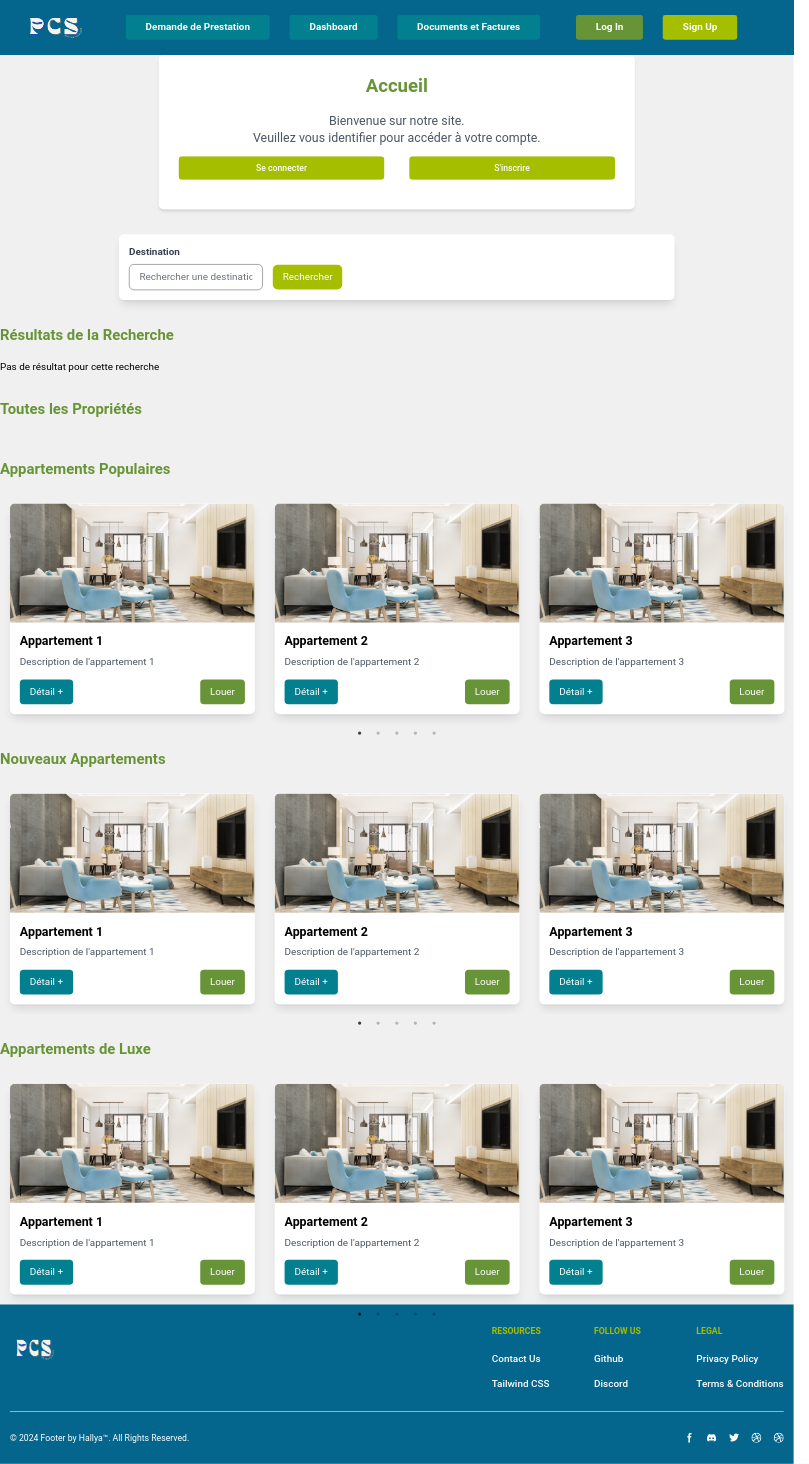
Repository: HATTOUNGBRE/ProjetAnnuel2
Page: /logout (app in FRONT/)
These files come from the project's save history. The page is drawn as it stood at one moment and after the next save; the edit follows.
The browser window is 1280 px wide. The page is 1305 px wide, so the pictures cover 1305 px, including what lies to the right of the window. The pictures show the whole page, at 62% of full size.
The page's requests for data from a server got no answer. The project was rebuilt for these pictures with package versions that can differ from the ones it lists, and the page was loaded fresh each time. No one was signed in, and anything a server would have sent is missing. Also part of the build but not shown: FRONT/vite.config.js, FRONT/src/components/Contact.jsx, FRONT/src/components/CatUser.jsx, FRONT/src/components/Login.jsx, FRONT/src/components/prestataire/PrestataireType.jsx, FRONT/src/components/prestataire/PrestataireDetails.jsx, FRONT/src/components/Account.jsx, FRONT/src/components/Inscription.jsx and 13 more.

Above is the page before, as saved 2024-06-29 14:20:21.

After the next save:
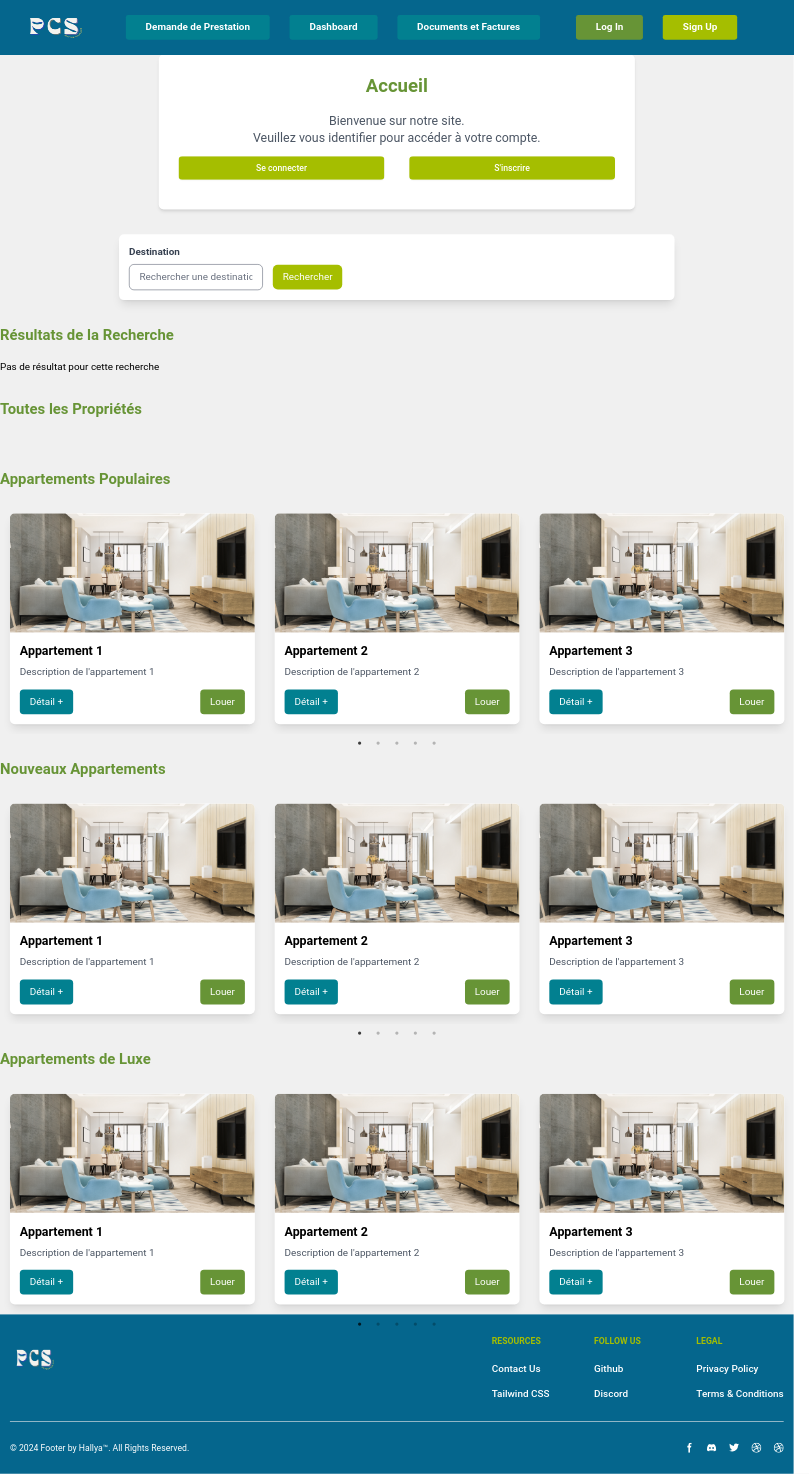
Saved 89 s later.
--- a/FRONT/src/components/Main.jsx
+++ b/FRONT/src/components/Main.jsx
@@ -11,7 +11,6 @@ function Main() {
   const [searchTerm, setSearchTerm] = useState('');
   const [cities, setCities] = useState([]);
   const [properties, setProperties] = useState([]);
-  const [allProperties, setAllProperties] = useState([]);
 
   useEffect(() => {
     if (searchTerm.length >= 2) {
@@ -20,10 +19,6 @@ function Main() {
       setCities([]);
     }
   }, [searchTerm]);
-
-  useEffect(() => {
-    fetchAllProperties();
-  }, []);
 
   const searchCities = async (term) => {
     console.log('Searching for cities with term:', term);
@@ -34,16 +29,6 @@ function Main() {
       setCities(data);
     } catch (error) {
       console.error('Error fetching cities:', error);
-    }
-  };
-
-  const fetchAllProperties = async () => {
-    try {
-      const response = await fetch('http://localhost:8000/api/properties');
-      const data = await response.json();
-      setAllProperties(data);
-    } catch (error) {
-      console.error('Error fetching all properties:', error);
     }
   };
 
@@ -153,23 +138,17 @@ function Main() {
           <div className="flex flex-wrap">
             {properties.map(property => (
               <div key={property.id} className="p-4 w-full md:w-1/3">
-                <PropertyRow property={property} />
+                <PropertyRow properties={properties} sliderSettings={sliderSettings} />
               </div>
             ))}
           </div>
         )}
       </div>
 
-      {/* Toutes les Propriétés */}
+      {/* Toutes les propriétés */}
       <div className="mt-10 w-full">
         <h2 className="text-2xl font-semibold text-pcs-400 mb-6">Toutes les Propriétés</h2>
-        <div className="flex flex-wrap">
-          {allProperties.map(property => (
-            <div key={property.id} className="p-4 w-full md:w-1/3">
-              <PropertyRow property={property} />
-            </div>
-          ))}
-        </div>
+        <PropertyRow properties={properties} sliderSettings={sliderSettings} />
       </div>
 
       {/* Sections de propriétés fictives */}
